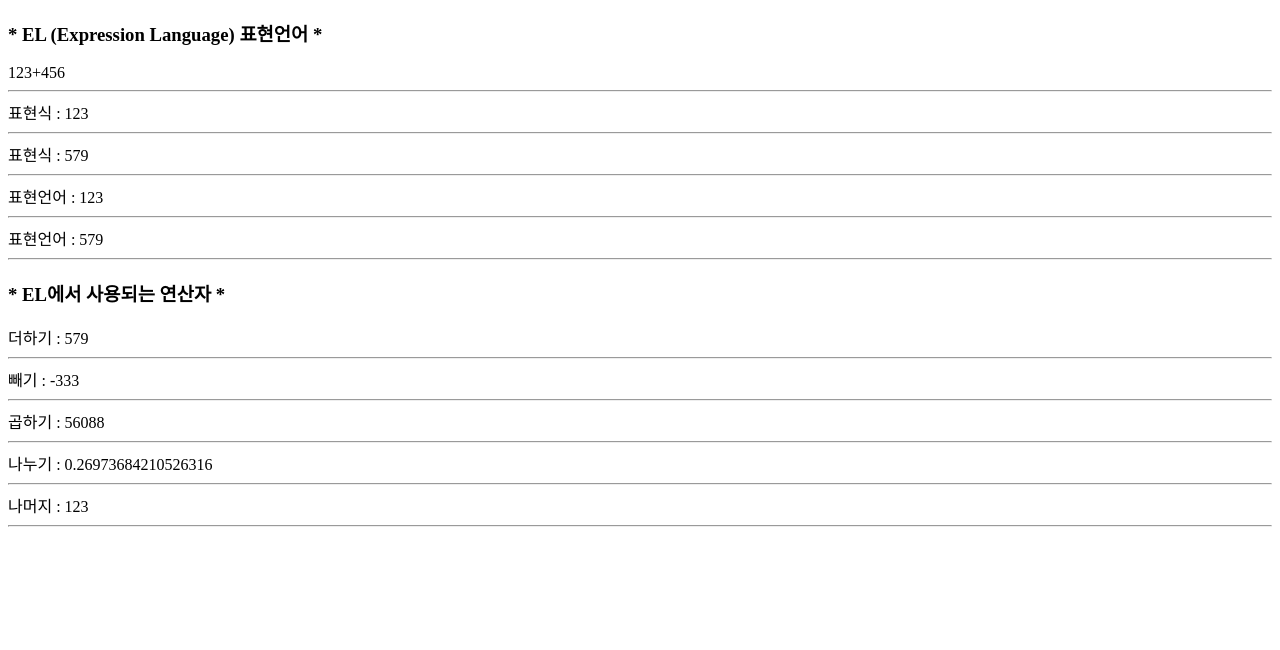
Repository: wlsgml0156/basicJava
Page: http://localhost/mvcTest/el/elTest3.jsp
The author's editor kept a copy of each file at every save. The page is drawn from the files as they stood at one save, then again after the next save.
The browser window is 1280 px wide. The pictures show the whole page.
The page is served by Tomcat 9. Other server files are loaded and not shown.

Above is the page before, as saved 2020-01-30 01:19:49.

### mvcTest/WebContent/el/elTest3.jsp
<%@ page language="java" contentType="text/html; charset=UTF-8"%>
<!DOCTYPE html>
<html>
<head>
<meta charset="UTF-8">
<title>elTest1.jsp</title>
</head>
<body>
<h3>* EL (Expression Language) 표현언어 *</h3>
123+456<hr>
표현식 : <%=123%><hr>
표현식 : <%=123+456%><hr>
표현언어 : ${123}<hr>
표현언어 : ${123+456}<hr>

<h3>* EL에서 사용되는 연산자 *</h3>
더하기 :  ${123+456} <hr>
빼기   :  ${123-456} <hr>
곱하기 :  ${123*456} <hr>
나누기 :  ${123/456} <hr>
나머지 :  ${123%456} <hr>






</body>
</html>

After the next save:
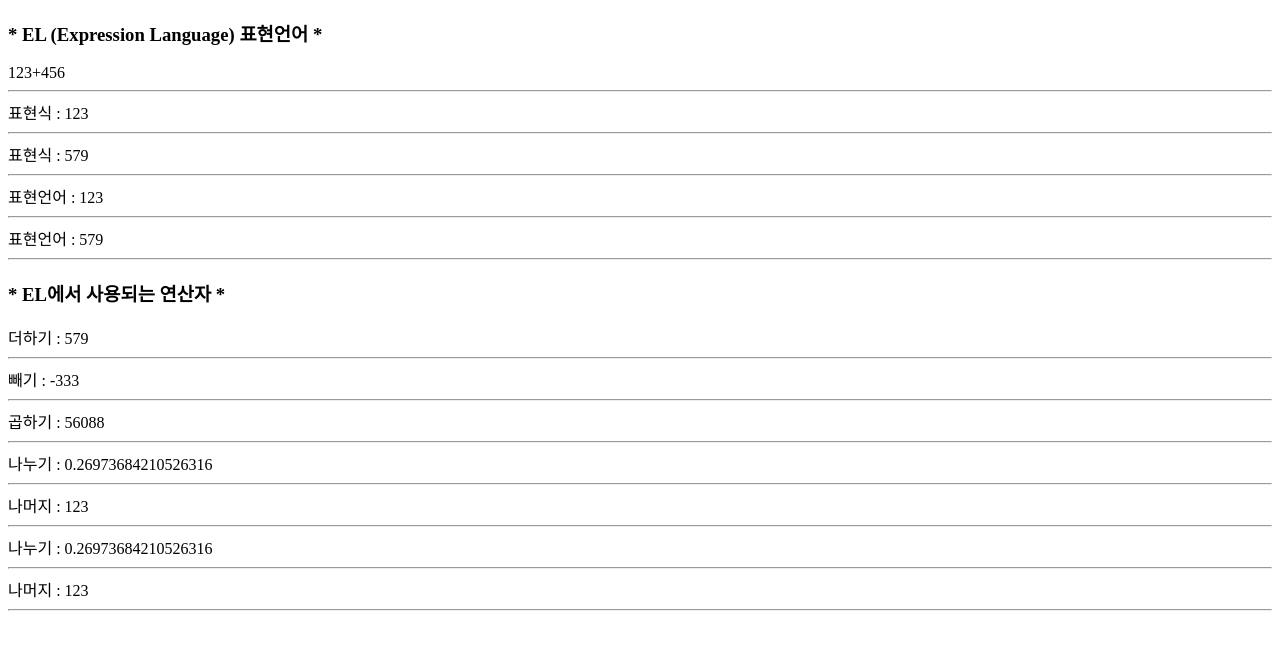
Saved 2 min 38 s later.
--- a/mvcTest/WebContent/el/elTest3.jsp
+++ b/mvcTest/WebContent/el/elTest3.jsp
@@ -19,6 +19,8 @@
 곱하기 :  ${123*456} <hr>
 나누기 :  ${123/456} <hr>
 나머지 :  ${123%456} <hr>
+나누기 :  ${123 div 456} <hr>
+나머지 :  ${123 mod 456} <hr>
 
 
 
